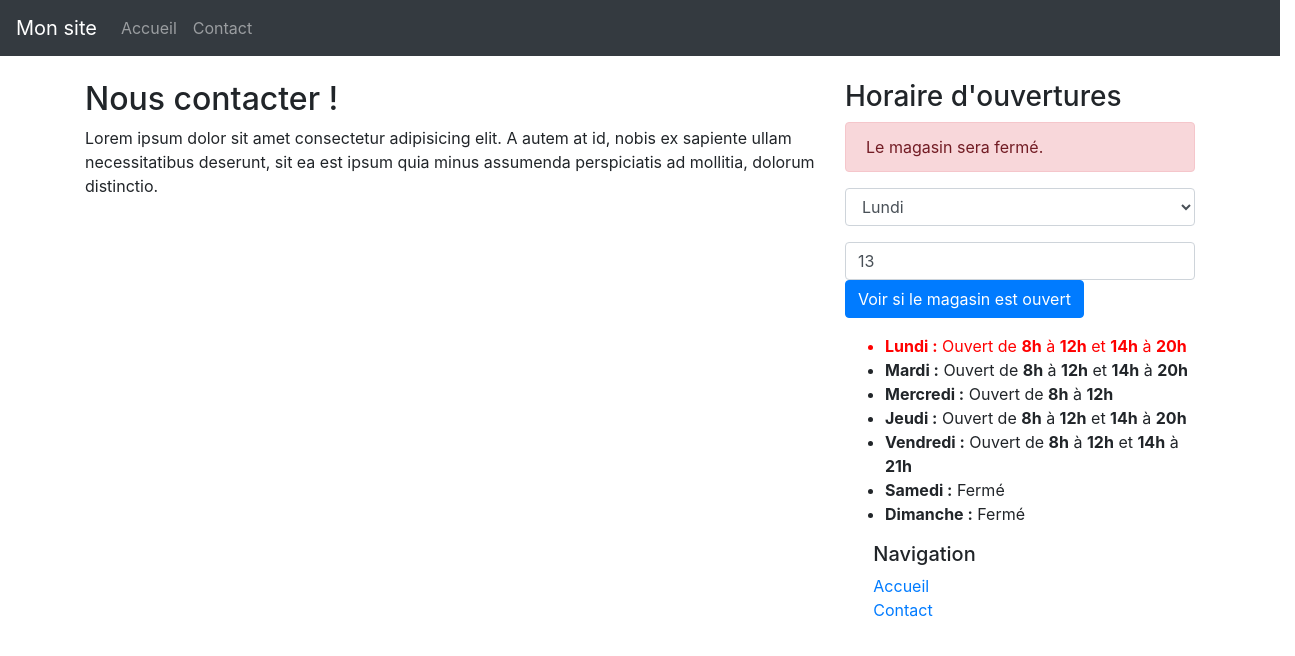
Repository: Alex-Serky/Backend_PHP
Page: http://localhost/contact.php
These files come from the project's save history. The page is drawn as it stood at one moment and after the next save; the edit follows.
The browser window is 1280 px wide. The page is 1295 px wide, so the pictures cover 1295 px, including what lies to the right of the window. The pictures show the whole page.
Some web libraries are served in a nearby version. The page is run by PHP 8.4 with error messages shown; the project is at /var/www/html/.

Above is the page before, as saved 2020-07-20 23:33:41.

### contact.php
<?php

$title = 'Nous contacter !';
require_once 'config.php';
require_once 'functions.php';
date_default_timezone_set('Europe/Paris');
$heure = (int)($_GET['heure'] ?? date('G')); // Récupérer l'heure d'aujourd'hui
$jour = (int)($_GET['jour'] ?? date('N') - 1);
$creneaux = CRENEAUX[$jour]; // Récupérer les créneaux d'aujourd'hui $creneaux
$ouvert = in_creneaux($heure, $creneaux); // Récupérer l'état d'ouverture du magasin
$color = $ouvert ? 'green' : 'red';
// if ($ouvert) { $color = 'green';} else { $color = 'red'; }
require 'header.php';

?>

<div class="row">
    <div class="col-md-8">
        <h2>Nous contacter !</h2>
        <p>
            Lorem ipsum dolor sit amet consectetur adipisicing elit. A autem at id,
            nobis ex sapiente ullam necessitatibus deserunt, sit ea est ipsum quia minus
            assumenda perspiciatis ad mollitia, dolorum distinctio.
        </p>
    </div>
    <div class="col-md-4">
        <h3>Horaire d'ouvertures</h3>

        <?php if ($ouvert) : ?>
            <div class="alert alert-success">
                Le magasin sera ouvert.
            </div>
        <?php else : ?>
            <div class="alert alert-danger">
                Le magasin sera fermé.
            </div>
        <?php endif ?>

        <form action="" method="GET">
            <div class="form-group">
                <select name="jour" class="form-control">
                    <?php foreach (JOURS as $k => $jour) : ?>
                        <option value="<?= $k ?>"><?= $jour ?></option>
                    <?php endforeach; ?>
                </select>
            </div>
            <div class="form-group">
                <input class="form-control" type="number" name="heure" value="<?= $heure ?>">
                <button type="submit" class="btn btn-primary">Voir si le magasin est ouvert</button>
            </div>
        </form>

        <ul>
            <?php foreach (JOURS as $k => $jour) : ?>
                <li <?php if ($k + 1 === (int)date('N')) : ?> style="color:<?= $color ?>" <?php endif ?>>
                    <strong><?= $jour ?> :</strong>
                    <?= creneaux_html(CRENEAUX[$k]); ?>
                </li>
            <?php endforeach; ?>
        </ul>
    </div>

</div>

<?php require 'footer.php'; ?>

### config.php
<?php

define('JOURS', [
    'Lundi',
    'Mardi',
    'Mercredi',
    'Jeudi',
    'Vendredi',
    'Samedi',
    'Dimanche'
]);

define('CRENEAUX', [
    0 => [
        [8, 12],
        [14, 20]
    ],
    [
        [8, 12],
        [14, 20]
    ],
    [
        [8, 12]
    ],
    [
        [8, 12],
        [14, 20]
    ],
    [
        [8, 12],
        [14, 21]
    ],
    [],
    []
]);

### functions.php
<?php

function nav_item(string $lien, string $titre, string $linkClass = ''): string
{
    $classe = 'nav-item';
    if ($_SERVER['SCRIPT_NAME'] === $lien) {
        $classe .= ' active';
    }
    return <<<HTML
        <li class="$classe">
            <a class="$linkClass" href="$lien">$titre</a>
        </li>
HTML;
}

function nav_menu(string $linkClass = ''): string
{
    return
        nav_item('/Backend_PHP/index.php', 'Accueil', $linkClass) .
        nav_item('/Backend_PHP/contact.php', 'Contact', $linkClass);
}

function dump($variable){
    echo '<pre>';
        var_dump($variable);
    echo '</pre>';
}

function creneaux_html($creneaux){
    if (empty($creneaux)) {
        return 'Fermé';
    }
    $phrases = [];
    foreach ($creneaux as $creneau) {
        $phrases[] = "
            <strong>{$creneau[0]}h</strong>
            à
            <strong>{$creneau[1]}h</strong>
            ";
    }
    return 'Ouvert de ' . implode(' et ', $phrases);
}

function in_creneaux(int $heure, array $creneaux): bool {
    foreach($creneaux as $creneau) {
        $debut = $creneau[0];
        $fin = $creneau[1];
        if ($heure >= $debut && $heure < $fin) {
            return true;
        }
    }
    return false;
}

### header.php
<?php

require_once 'functions.php';

?>

<!doctype html>
<html lang="en">

<head>
    <meta charset="utf-8">
    <meta name="viewport" content="width=device-width, initial-scale=1, shrink-to-fit=no">
    <meta name="description" content="">
    <meta name="author" content="">
    <link rel="icon" href="/docs/4.0/assets/img/favicons/favicon.ico">

    <title>
        <?php if(isset($title)): ?>
            <?= $title; ?>
        <?php else: ?>
            Mon site
        <?php endif; ?>
    </title>

    <!-- Bootstrap core CSS -->
    <link rel="stylesheet" href="https://stackpath.bootstrapcdn.com/bootstrap/4.5.0/css/bootstrap.min.css" integrity="sha384-9aIt2nRpC12Uk9gS9baDl411NQApFmC26EwAOH8WgZl5MYYxFfc+NcPb1dKGj7Sk" crossorigin="anonymous">

</head>

<body>

    <nav class="navbar navbar-expand-md navbar-dark bg-dark mb-4">
        <a class="navbar-brand" href="#">Mon site</a>
        <button class="navbar-toggler" type="button"
                data-toggle="collapse" data-target="#navbarsExampleDefault"
                aria-controls="navbarsExampleDefault" aria-expanded="false"
                aria-label="Toggle navigation">
            <span class="navbar-toggler-icon"></span>
        </button>

        <div class="collapse navbar-collapse"
            id="navbarsExampleDefault">
            <ul class="navbar-nav mr-auto">
                <?= nav_menu('nav-link'); ?>
            </ul>
        </div>
    </nav>

    <main role="main" class="container">

### footer.php
</main><!-- /.container -->

<div class="row">
<div class="col-md-4"></div>
<div class="col-md-4"></div>
<div class="col-md-4">
    <h5>Navigation</h5>
    <ul class="list-unstyled text-small">
        <?= nav_menu(); ?>
    </ul>
</div>
</div>

<script src="https://code.jquery.com/jquery-3.2.1.slim.min.js" integrity="sha384-KJ3o2DKtIkvYIK3UENzmM7KCkRr/rE9/Qpg6aAZGJwFDMVNA/GpGFF93hXpG5KkN" crossorigin="anonymous"></script>
<script src="https://cdnjs.cloudflare.com/ajax/libs/popper.js/1.12.9/umd/popper.min.js" integrity="sha384-ApNbgh9B+Y1QKtv3Rn7W3mgPxhU9K/ScQsAP7hUibX39j7fakFPskvXusvfa0b4Q" crossorigin="anonymous"></script>
<script src="https://maxcdn.bootstrapcdn.com/bootstrap/4.0.0/js/bootstrap.min.js" integrity="sha384-JZR6Spejh4U02d8jOt6vLEHfe/JQGiRRSQQxSfFWpi1MquVdAyjUar5+76PVCmYl" crossorigin="anonymous"></script>
</body>

</html>

After the next save:
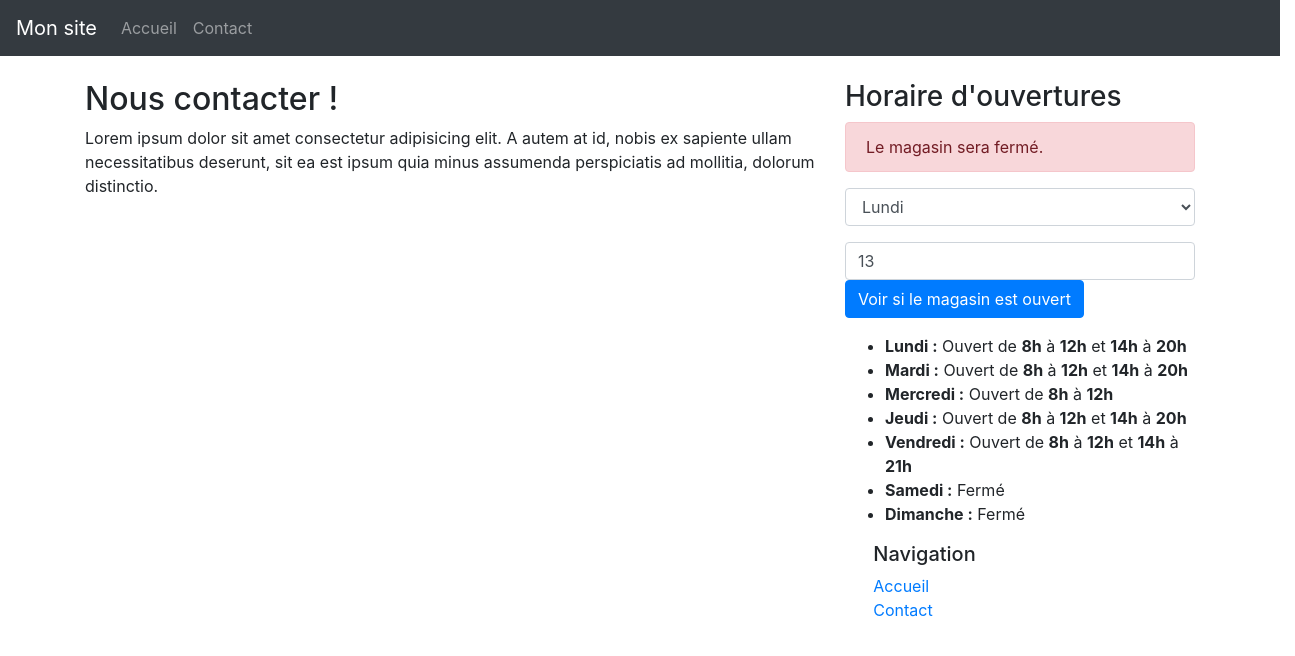
Saved 31 s later.
--- a/contact.php
+++ b/contact.php
@@ -52,7 +52,7 @@ require 'header.php';
 
         <ul>
             <?php foreach (JOURS as $k => $jour) : ?>
-                <li <?php if ($k + 1 === (int)date('N')) : ?> style="color:<?= $color ?>" <?php endif ?>>
+                <li>
                     <strong><?= $jour ?> :</strong>
                     <?= creneaux_html(CRENEAUX[$k]); ?>
                 </li>
